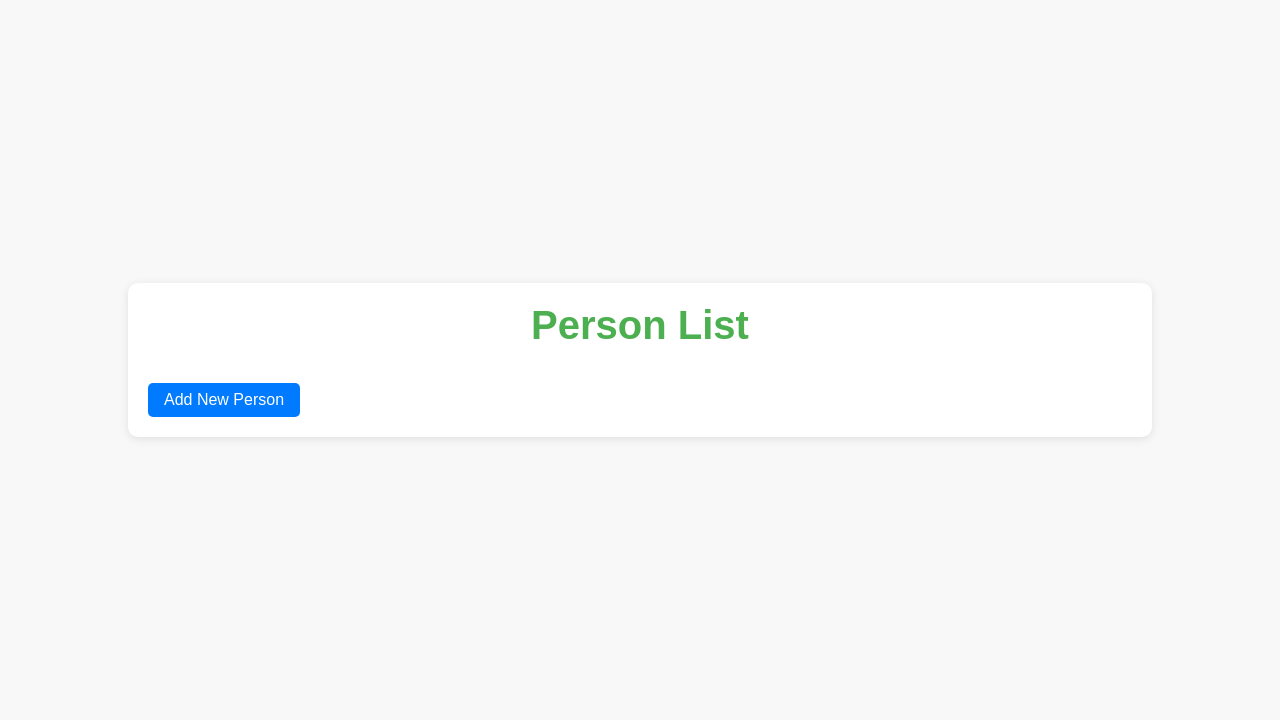
Repository: anjalikumari2207/person-api
Page: http://localhost/person/
These files come from the project's save history. The page is drawn as it stood at one moment and after the next save; the edit follows.
The browser window is 1280 px wide. The pictures show the whole page.
The page is served by the project's Node server (index.js). Queries for data that is not in the repository find no rows.

Above is the page before, as saved 2025-04-13 18:59:43.

After the next save:
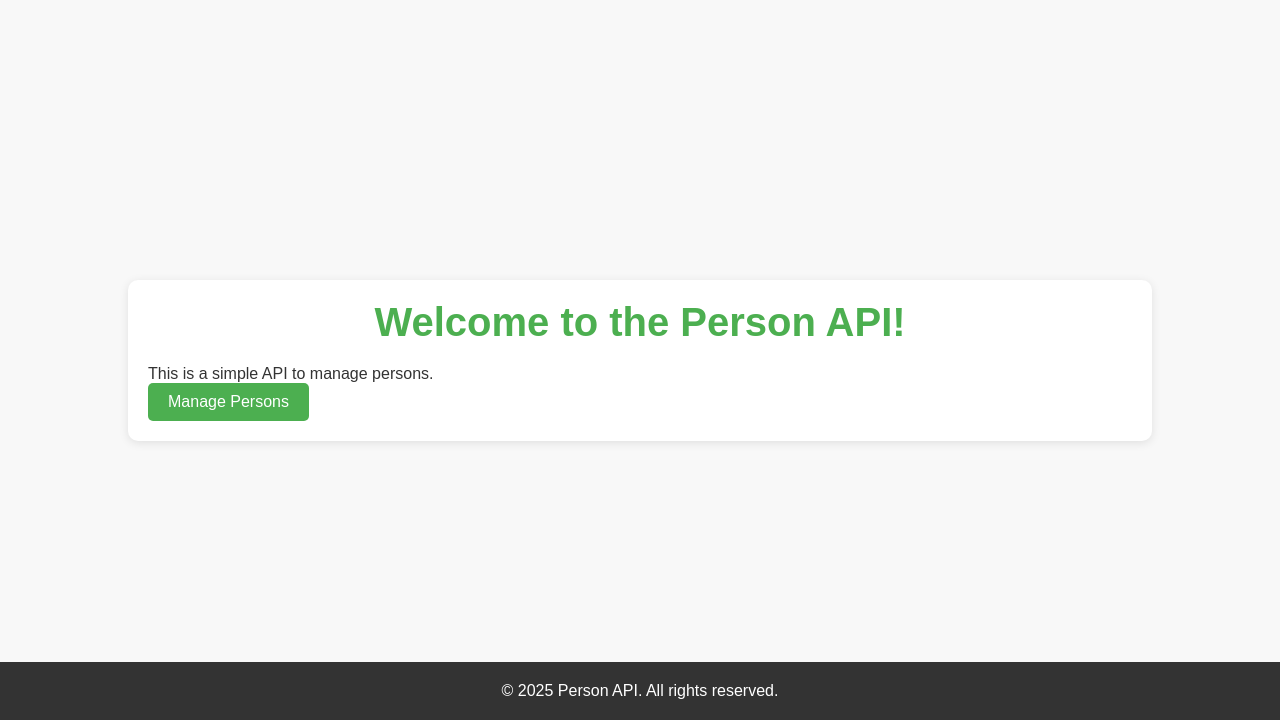
Saved 27 min 34 s later.
--- a/views/index.ejs
+++ b/views/index.ejs
@@ -1,18 +1,21 @@
+<!-- index.ejs -->
+
 <!DOCTYPE html>
-<html>
+<html lang="en">
 <head>
-  <title>Person List</title>
-  <link rel="stylesheet" href="/css/style.css">
+    <meta charset="UTF-8">
+    <meta name="viewport" content="width=device-width, initial-scale=1.0">
+    <title>Person API</title>
+    <link rel="stylesheet" href="/css/style.css">
 </head>
 <body>
-  <div class="container">
-    <h1>Person List</h1>
-    <ul>
-      <% people.forEach(person => { %>
-        <li><%= person.name %></li>
-      <% }) %>
-    </ul>
-    <a class="button" href="/person/new">Add New Person</a>
-  </div>
+    <div class="container">
+        <h1>Welcome to the Person API!</h1>
+        <p>This is a simple API to manage persons.</p>
+        <button onclick="location.href='/person'">Manage Persons</button>
+    </div>
+    <footer>
+        <p>&copy; 2025 Person API. All rights reserved.</p>
+    </footer>
 </body>
 </html>
